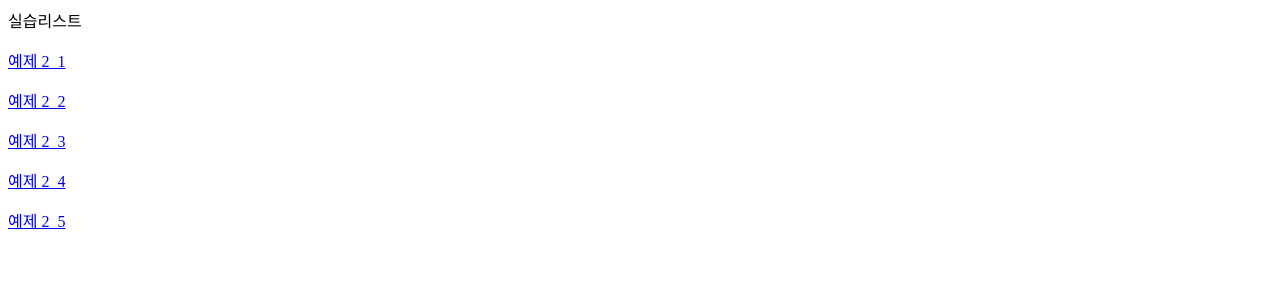
Repository: pjongbum/JSP
Page: http://localhost/jsbook/
An editor plug-in stored every save of this project. The page is shown before and after the next save, followed by the edit.
The browser window is 1280 px wide. The pictures show the whole page.
The page is served by Tomcat 10. Other server files are loaded and not shown.

Above is the page before, as saved 2024-10-08 01:37:08.

### jsbook/src/main/webapp/index.jsp
<%@ page language="java" contentType="text/html; charset=UTF-8"
    pageEncoding="UTF-8"%>
<!DOCTYPE html>
<html>
<head>
<meta charset="UTF-8">
<title>Insert title here</title>
</head>
<body>
실습리스트
<p><a href = "2_1">예제 2_1</a></p>
<p><a href = "2_2">예제 2_2</a></p>
<p><a href = "2_3">예제 2_3</a></p>
<p><a href = "2_4">예제 2_4</a></p>
<p><a href = "2_5">예제 2_5</a></p>
</body>
</html>

After the next save:
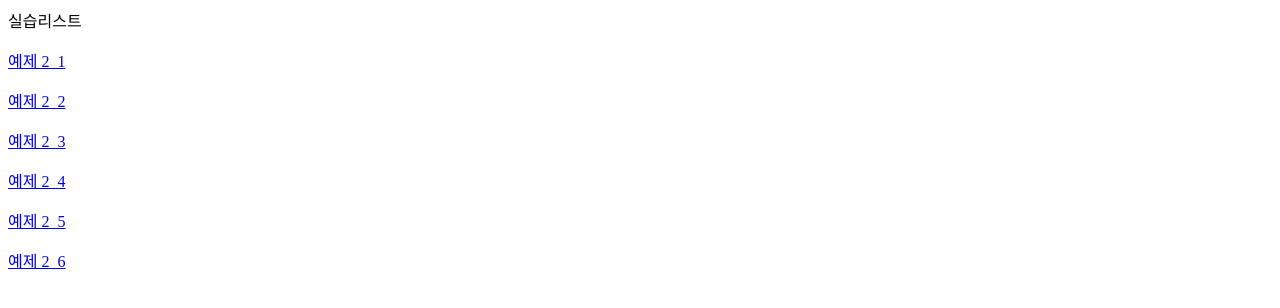
Saved 6 min 5 s later.
--- a/jsbook/src/main/webapp/index.jsp
+++ b/jsbook/src/main/webapp/index.jsp
@@ -13,5 +13,6 @@
 <p><a href = "2_3">예제 2_3</a></p>
 <p><a href = "2_4">예제 2_4</a></p>
 <p><a href = "2_5">예제 2_5</a></p>
+<p><a href = "2_6">예제 2_6</a></p>
 </body>
 </html>
